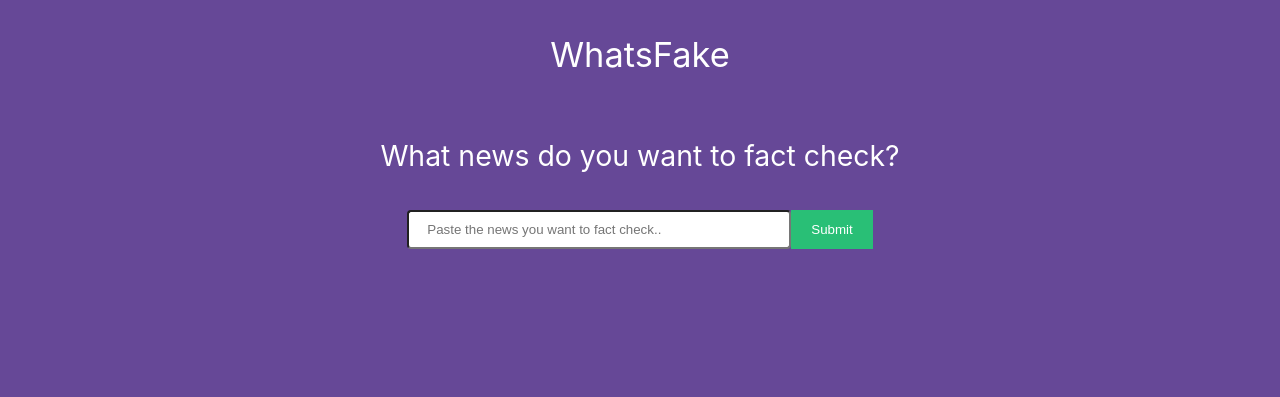
Repository: alkalox/FakeNews
Page: /
These files come from the project's save history. The page is drawn as it stood at one moment and after the next save; the edit follows.
The browser window is 1280 px wide. The pictures show the whole page.
The project was rebuilt for these pictures with package versions that can differ from the ones it lists, and the page was loaded fresh each time.

Above is the page before, as saved 2019-04-23 19:40:06.

After the next save:
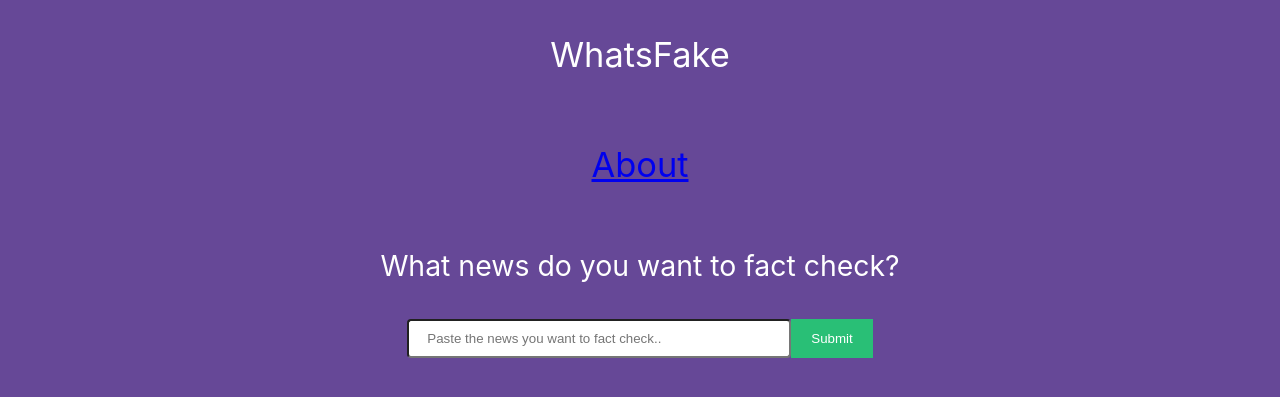
Saved 39 s later.
--- a/src/App.js
+++ b/src/App.js
@@ -54,6 +54,7 @@ class Home extends Component {
             <p>
               WhatsFake
             </p>
+            <p> <Link to="/howitworks">About</Link></p>
           </header>
           <p className ="text">
             What news do you want to fact check?
